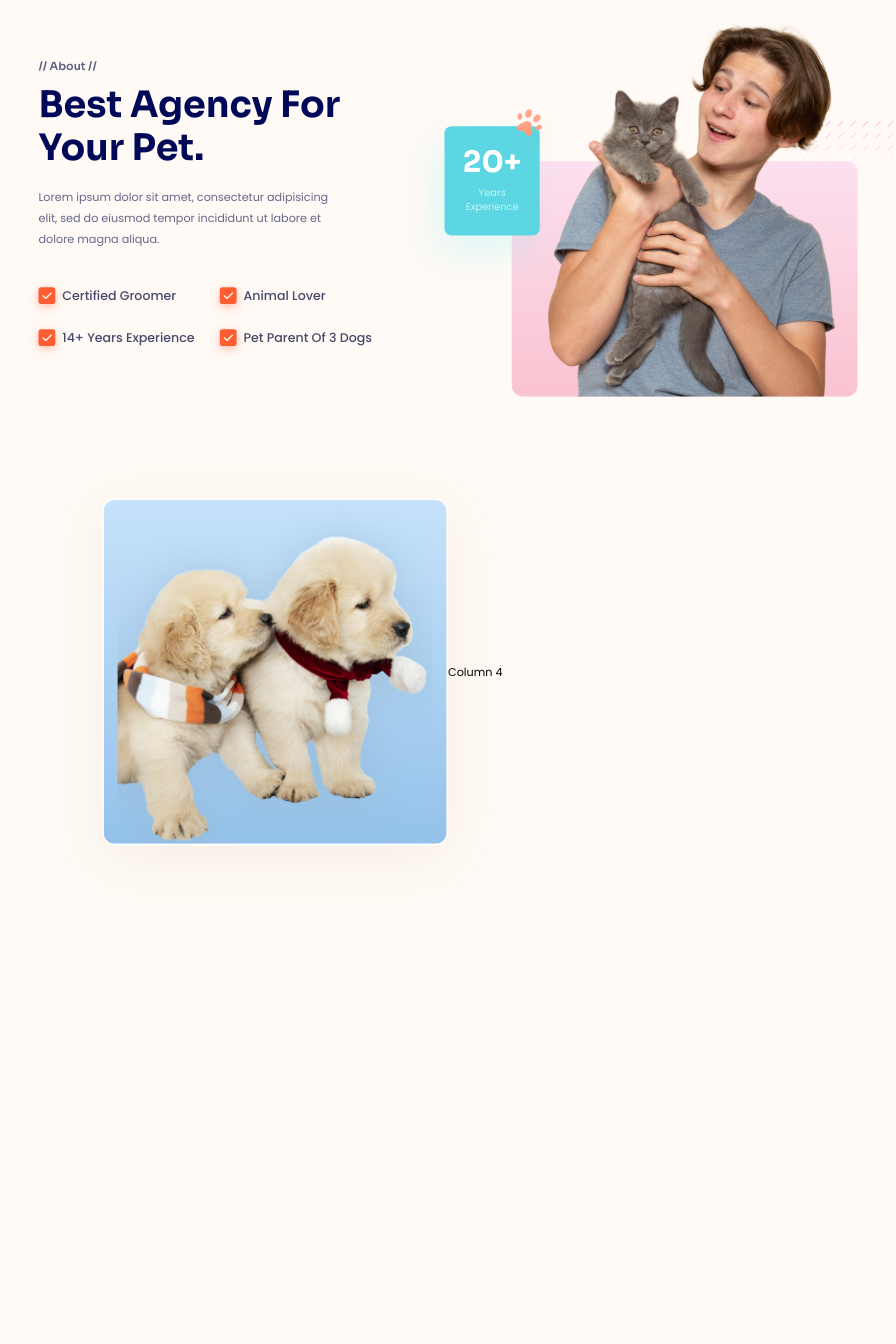
Repository: empty24062002/f8-project-05
Page: index.html
The author's editor kept a copy of each file at every save. The page is drawn from the files as they stood at one save, then again after the next save.
The browser window is 1280 px wide. The pictures show the part of the page from y = 888 to 2808 px (the page is 10896 px tall), at 70% of full size.

Above is the page before, as saved 2023-09-11 11:01:23.

### index.html
<!DOCTYPE html>
<html lang="en">
    <head>
        <meta charset="UTF-8" />
        <meta name="viewport" content="width=device-width, initial-scale=1.0" />
        <title>Lucy</title>
        <!-- favicon -->
        <link
            rel="apple-touch-icon"
            sizes="57x57"
            href="./assets/favicon/apple-icon-57x57.png"
        />
        <link
            rel="apple-touch-icon"
            sizes="60x60"
            href="./assets/favicon/apple-icon-60x60.png"
        />
        <link
            rel="apple-touch-icon"
            sizes="72x72"
            href="./assets/favicon/apple-icon-72x72.png"
        />
        <link
            rel="apple-touch-icon"
            sizes="76x76"
            href="./assets/favicon/apple-icon-76x76.png"
        />
        <link
            rel="apple-touch-icon"
            sizes="114x114"
            href="./assets/favicon/apple-icon-114x114.png"
        />
        <link
            rel="apple-touch-icon"
            sizes="120x120"
            href="./assets/favicon/apple-icon-120x120.png"
        />
        <link
            rel="apple-touch-icon"
            sizes="144x144"
            href="./assets/favicon/apple-icon-144x144.png"
        />
        <link
            rel="apple-touch-icon"
            sizes="152x152"
            href="./assets/favicon/apple-icon-152x152.png"
        />
        <link
            rel="apple-touch-icon"
            sizes="180x180"
            href="./assets/favicon/apple-icon-180x180.png"
        />
        <link
            rel="icon"
            type="image/png"
            sizes="192x192"
            href="./assets/favicon/android-icon-192x192.png"
        />
        <link
            rel="icon"
            type="image/png"
            sizes="32x32"
            href="./assets/favicon/favicon-32x32.png"
        />
        <link
            rel="icon"
            type="image/png"
            sizes="96x96"
            href="./assets/favicon/favicon-96x96.png"
        />
        <link
            rel="icon"
            type="image/png"
            sizes="16x16"
            href="./assets/favicon/favicon-16x16.png"
        />
        <link rel="manifest" href="./assets/favicon/manifest.json" />
        <meta name="msapplication-TileColor" content="#ffffff" />
        <meta
            name="msapplication-TileImage"
            content="./assets/favicon/ms-icon-144x144.png"
        />
        <meta name="theme-color" content="#ffffff" />
        <!-- reset CSS -->
        <link rel="stylesheet" href="./assets/css/reset.css" />
        <!-- embed font -->
        <link rel="preconnect" href="https://fonts.googleapis.com" />
        <link rel="preconnect" href="https://fonts.gstatic.com" crossorigin />
        <link
            href="https://fonts.googleapis.com/css2?family=Poppins:wght@300;400;500;600&family=Sora:wght@600;700;800&display=swap"
            rel="stylesheet"
        />
        <!-- style css -->
        <link rel="stylesheet" href="./assets/css/styles.css" />
    </head>
    <body>
        <!-- header -->
        <header class="header">
            <div class="container">
                <div class="header__inner">
                    <!-- logo -->
                    <a href="#!">
                        <img
                            src="./assets/img/logo.svg"
                            alt="Lucy"
                            class="header__logo"
                        />
                    </a>
                    <!-- navbar -->
                    <nav class="navbar">
                        <ul class="navbar__list">
                            <li class="navbar__item">
                                <a href="#!" class="navbar__link"> Home </a>
                            </li>
                            <li class="navbar__item">
                                <a href="#!" class="navbar__link"> About </a>
                            </li>
                            <li class="navbar__item">
                                <a href="#!" class="navbar__link"
                                    >Services & Rates
                                </a>
                            </li>
                            <li class="navbar__item">
                                <a href="#!" class="navbar__link"> Reviews </a>
                            </li>
                            <li class="navbar__item">
                                <a href="#!" class="navbar__link">
                                    Contacts us
                                </a>
                            </li>
                        </ul>
                    </nav>
                    <!-- header action -->
                    <div class="header-action">
                        <a href="#!" class="header-action__link">Sign in</a>
                        <a href="#!" class="btn header-action__btn">Sign up</a>
                    </div>
                </div>
            </div>
        </header>
        <!-- hero -->
        <section class="hero">
            <div class="container">
                <div class="hero__inner">
                    <!-- hero media -->
                    <div class="hero__media">
                        <div class="hero__img-wrap">
                            <img
                                src="./assets/img/hero__img1.png"
                                alt=""
                                class="hero__img"
                            />

                            <!-- Decorators -->
                            <img
                                src="./assets/img/decor__01.svg"
                                alt=""
                                class="hero__decor hero__decor-left"
                            />
                            <img
                                src="./assets/img/decor__02.svg"
                                alt=""
                                class="hero__decor hero__decor-right"
                            />
                        </div>
                        <div class="hero__img-wrap hero__img-wrap-small">
                            <img
                                src="./assets/img/hero__img2.png"
                                alt=""
                                class="hero__img"
                            />
                        </div>

                        <div class="hero__list">
                            <!-- hero list item 1 -->
                            <section class="hero-list-item">
                                <img
                                    src="./assets/img/hero__img3.png"
                                    alt=""
                                    class="hero-list-item__thump"
                                />
                                <div class="hero-list-item__info">
                                    <p class="hero-list-item__title">
                                        Pet Health
                                    </p>
                                    <div class="hero-list-item__skeleton"></div>
                                    <div
                                        class="hero-list-item__skeleton"
                                        style="--width: 39px"
                                    ></div>
                                </div>
                            </section>

                            <div class="hero-list-item__separate"></div>
                            <!-- hero list item 2 -->
                            <section class="hero-list-item">
                                <img
                                    src="./assets/img/hero__img4.png"
                                    alt=""
                                    class="hero-list-item__thump"
                                />
                                <div class="hero-list-item__info">
                                    <p class="hero-list-item__title">
                                        Pet care
                                    </p>
                                    <div class="hero-list-item__skeleton"></div>
                                    <div
                                        class="hero-list-item__skeleton"
                                        style="--width: 39px"
                                    ></div>
                                </div>
                            </section>
                        </div>
                    </div>
                    <!-- hero content -->
                    <section class="hero__content">
                        <h1 class="hero__heading">
                            Established & Trusted Pet Care Service
                        </h1>
                        <p class="hero__desc">
                            Discover a wide variety of Pawsitive services to
                            choose from, including daycare, private walks,
                            office duty and spa.
                        </p>
                        <div class="hero__row">
                            <a href="#!" class="btn btn--primary hero__cta-btn">
                                Book a Meet
                                <span class="btn__icon">
                                    <svg
                                        width="5"
                                        height="6"
                                        viewBox="0 0 5 6"
                                        fill="none"
                                        xmlns="http://www.w3.org/2000/svg"
                                    >
                                        <path
                                            d="M1.48584 0.5L3.98584 3L1.48584 5.5"
                                            stroke="#FD5056"
                                            stroke-linecap="round"
                                            stroke-linejoin="round"
                                        />
                                    </svg>
                                </span>
                            </a>
                            <a href="#!" class="hero__cta-link">
                                Schedule a Call
                            </a>
                        </div>
                    </section>
                </div>
            </div>
        </section>
        <main style="height: 10000px">
            <!-- about -->
            <section class="about">
                <div class="container">
                    <div class="about__inner">
                        <section class="about__content">
                            <p class="about__lable">// About //</p>
                            <h2 class="about__heading section-heading">
                                Best Agency For Your Pet.
                            </h2>
                            <p class="about__desc section-desc">
                                Lorem ipsum dolor sit amet, consectetur
                                adipisicing elit, sed do eiusmod tempor
                                incididunt ut labore et dolore magna aliqua.
                            </p>
                            <div class="about__checklist">
                                <span class="about__check-item">
                                    Certified Groomer
                                </span>
                                <span class="about__check-item">
                                    Animal Lover
                                </span>
                                <span class="about__check-item">
                                    14+ Years Experience
                                </span>
                                <span class="about__check-item">
                                    Pet Parent Of 3 Dogs
                                </span>
                            </div>
                        </section>
                        <div class="about__media">
                            <!-- About card -->
                            <div class="about__card">
                                <b class="about__card-title">20+</b>
                                <p class="about__card-desc">Years Experience</p>
                                <img
                                    src="./assets/img/about-decor1.svg"
                                    alt=""
                                    class="about__card-decor"
                                />
                            </div>
                            <!-- About img wrapper -->
                            <figure class="about__img-wrap">
                                <img
                                    src="./assets/img/about-img1.png"
                                    alt=""
                                    class="about__img"
                                />
                            </figure>
                            <img
                                src="./assets/img/about-decor2.svg"
                                alt=""
                                class="about__media-decor"
                            />
                        </div>
                        <div class="about__media">
                            <figure
                                class="about__img-wrap about__img-wrap-bottom"
                            >
                                <img
                                    src="./assets/img/about-img2.png"
                                    alt=""
                                    class="about__img"
                                />
                            </figure>
                        </div>
                        <section class="about__content">Column 4</section>
                    </div>
                </div>
            </section>
        </main>
    </body>
</html>

### assets/css/styles.css
* {
    box-sizing: border-box;
}

:root {
    --primary-color: #ff5b2e;
}

html {
    font-size: 62.5%;
}

body {
    font-size: 1.6rem;
    font-family: "Poppins", sans-serif;
    background: #fffaf5;
}

/* common */

h1,
h2,
h3,
h4,
h5,
h6 {
    font-family: "Sora", sans-serif;
}

input,
textarea,
select,
button {
    font-size: inherit;
    font-family: inherit;
}

a {
    text-decoration: none;
}

.container {
    width: 1170px;
    max-width: calc(100% - 48px);
    margin: 0 auto;
}

.btn {
    --height: 56px;

    display: inline-flex;
    align-items: center;
    justify-content: center;
    min-width: 130px;
    height: var(--height);
    line-height: var(--height);
    border: 1px solid rgb(0, 9, 88, 0.7);
    border-radius: 99px;
    color: #000958;
    text-align: center;
    font-size: 1.4rem;
    font-weight: 600;
}

.btn:hover {
    opacity: 0.8;
    cursor: pointer;
}

.btn--primary {
    background: var(--primary-color);
    color: #fff;
    border-color: var(--primary-color);
}

.btn__icon {
    display: flex;
    justify-content: center;
    align-items: center;
    margin-left: 10px;
    width: 20px;
    height: 20px;
    border-radius: 50%;
    background-color: #fff;
    box-shadow: 4px 3px 10px -1px rgba(191, 41, 0, 0.4);
}

.section-heading {
    color: #000958;
    font-family: "Sora", sans-serif;
    font-size: 5.2rem;
    font-weight: 700;
    line-height: 1.19;
}

.section-desc {
    margin-top: 24px;
    color: #656689;
    font-size: 1.6rem;
    font-weight: 400;
    line-height: 1.87; /* 187.5% */
}

/* header */
.header {
    padding: 26px 0;
}

.header__inner {
    display: flex;
    justify-content: space-between;
    align-items: center;
}

.navbar__list {
    display: flex;
}

.navbar__link,
.header-action__link {
    padding: 8px 18px;
    color: #5e6085;
    font-size: 1.4rem;
    font-weight: 500;
    line-height: 1; /* 100% */
}

.navbar__link:hover {
    color: #000958;
    text-shadow: 1px 0 0 currentColor;
}

.header-action__btn {
    --height: 50px;

    min-width: 117px;
}

/* hero */
.hero {
    margin-top: 74px;
}

.hero__inner {
    display: flex;
    justify-content: space-between;
    align-items: center;
    column-gap: 120px;
}

.hero__media {
    display: flex;
    position: relative;
    padding-bottom: 94px;
}

.hero__img-wrap {
    position: relative;
    display: flex;
    justify-content: center;
    align-items: flex-end;
    width: 388px;
    height: 488px;
    border: 3px solid #fff;
    border-radius: 16px;
    background: #fe997b;
}

.hero__img {
    max-width: 100%;
    max-height: 100%;
    border-radius: inherit;
}

.hero__decor {
    position: absolute;
    z-index: -1;
}

.hero__decor-left {
    left: -58px;
    bottom: 10px;
}

.hero__decor-right {
    top: 16px;
    right: -43px;
}

.hero__img-wrap-small {
    align-self: flex-end;
    width: 186px;
    height: 244px;
    margin: 0 0 -58px -24px;
    border: 2px solod #f7dddf;
    background: #faa7ad;
}

.hero__list {
    position: absolute;
    left: 129px;
    bottom: 0;
    width: 250px;
    height: 156px;
    padding: 18px 14px;
    border-radius: 10px;
    background: #fff;
    box-shadow: -17px 14px 68px -4px rgba(207, 174, 132, 0.25);
}

.hero-list-item {
    display: flex;
    align-items: center;
}

.hero-list-item:nth-of-type(2) .hero-list-item__thump {
    background-color: #c6e2fa;
}

.hero-list-item__thump {
    width: 40px;
    height: 40px;
    border-radius: 10px;
    object-fit: cover;
    background: #fec23f;
}

.hero-list-item__info {
    margin-left: 10px;
}

.hero-list-item__title {
    color: #181e52;
    font-family: "Sora", sans-serif;
    font-size: 1.4rem;
    font-weight: 600;
    line-height: 1;
}

.hero-list-item__separate {
    margin: 20px 0;
    width: 100%;
    height: 2px;
    background: #f2f2f2;
}

.hero-list-item__skeleton {
    margin-top: 6px;
    width: var(--width, 118px);
    height: 4px;
    border-radius: 10px;
    opacity: 0.08;
    background: #000958;
}

.hero__heading {
    color: #000958;
    font-size: 6.6rem;
    font-weight: 800;
    line-height: 1.15; /* 115.152% */
}

.hero__desc {
    width: 391px;
    margin-top: 24px;
    color: #656689;
    font-size: 1.6rem;
    font-weight: 400;
    line-height: 1.88;
}

.hero__row {
    display: flex;
    align-items: center;
    margin-top: 38px;
}

.hero__cta-btn {
    --height: 60px;

    min-width: 190px;
    font-size: 1.6rem;
    box-shadow: 0px 13px 26px -8px rgba(255, 91, 46, 0.42);
}

.hero__cta-link {
    margin-left: 24px;
    color: #000958;
    font-size: 1.6rem;
    font-weight: 500;
    line-height: 1;
    text-decoration: underline;
}
/* about */
.about {
    margin-top: 138px;
    padding: 8px 0;
}

.about__inner {
    display: grid;
    grid-template-columns: 1fr 1fr;
    row-gap: 146px;
    align-items: center;
}

.about__lable {
    color: #5e6085;
    font-family: "Sora", sans-serif;
    font-size: 1.6rem;
    font-weight: 600;
    line-height: 1;
}

.about__heading {
    margin-top: 15px;
}

.about__heading,
.about__desc {
    width: 444px;
}

.about__checklist {
    display: grid;
    grid-template-columns: auto auto;
    justify-content: flex-start;
    gap: 36px;
    margin-top: 54px;
}

.about__check-item {
    position: relative;
    display: flex;
    align-items: center;
    column-gap: 10px;
    color: #48496a;
    font-size: 1.8rem;
    font-weight: 500;
    line-height: 1;
}

.about__check-item::before {
    content: "";
    display: inline-block;
    width: 24px;
    height: 24px;
    background: #ff5d31;
    box-shadow: 0px 4px 15px -3px #ff5d31b0;
    border-radius: 4px;
}

.about__check-item::after {
    content: url(../icons/check-item.svg);
    position: absolute;
    top: 2px;
    left: 5px;
}

.about__media {
    position: relative;
}

.about__card {
    position: absolute;
    width: 136px;
    top: 165px;
    left: -5px;
    padding: 30px 26px;
    text-align: center;
    border-radius: 10px;
    background: #5bd6e2;
    box-shadow: -15px 26px 48px 0px rgba(85, 240, 255, 0.17);
}

.about__card-title {
    color: #fff;
    font-family: "Sora", sans-serif;
    font-size: 4.2rem;
    font-weight: 700;
    line-height: 1;
}

.about__card-desc {
    margin-top: 14px;
    color: #c6f4f9;
    font-size: 1.4rem;
    font-weight: 400;
    line-height: 1.42;
}

.about__card-decor {
    position: absolute;
    top: -40px;
    right: -32px;
}

.about__img-wrap {
    position: relative;
    width: 494px;
    margin-left: auto;
}

.about__img-wrap::after {
    position: absolute;
    content: "";
    height: 336px;
    inset: auto 0 0 0;
    border-radius: 16px;
    background: linear-gradient(180deg, #fce0ef 0%, #fac3d1 100%);
    z-index: -1;
}

.about__img {
    display: block;
    margin: 0 auto;
    width: 450px;
}

.about__media-decor {
    position: absolute;
    top: 157px;
    right: -52px;
    z-index: -1;
}

.about__img-wrap-bottom {
    border-radius: 18px;
    border: 2px solid #fff;
    background: linear-gradient(180deg, #c6e2fa 0%, #94c2ea 100%);
    box-shadow: 0px 17px 77px -8px rgba(190, 165, 139, 0.17);
}

.about__img-wrap-bottom::after {
    content: none;
}

Loaded but not shown: assets/css/reset.css (common file)

After the next save:
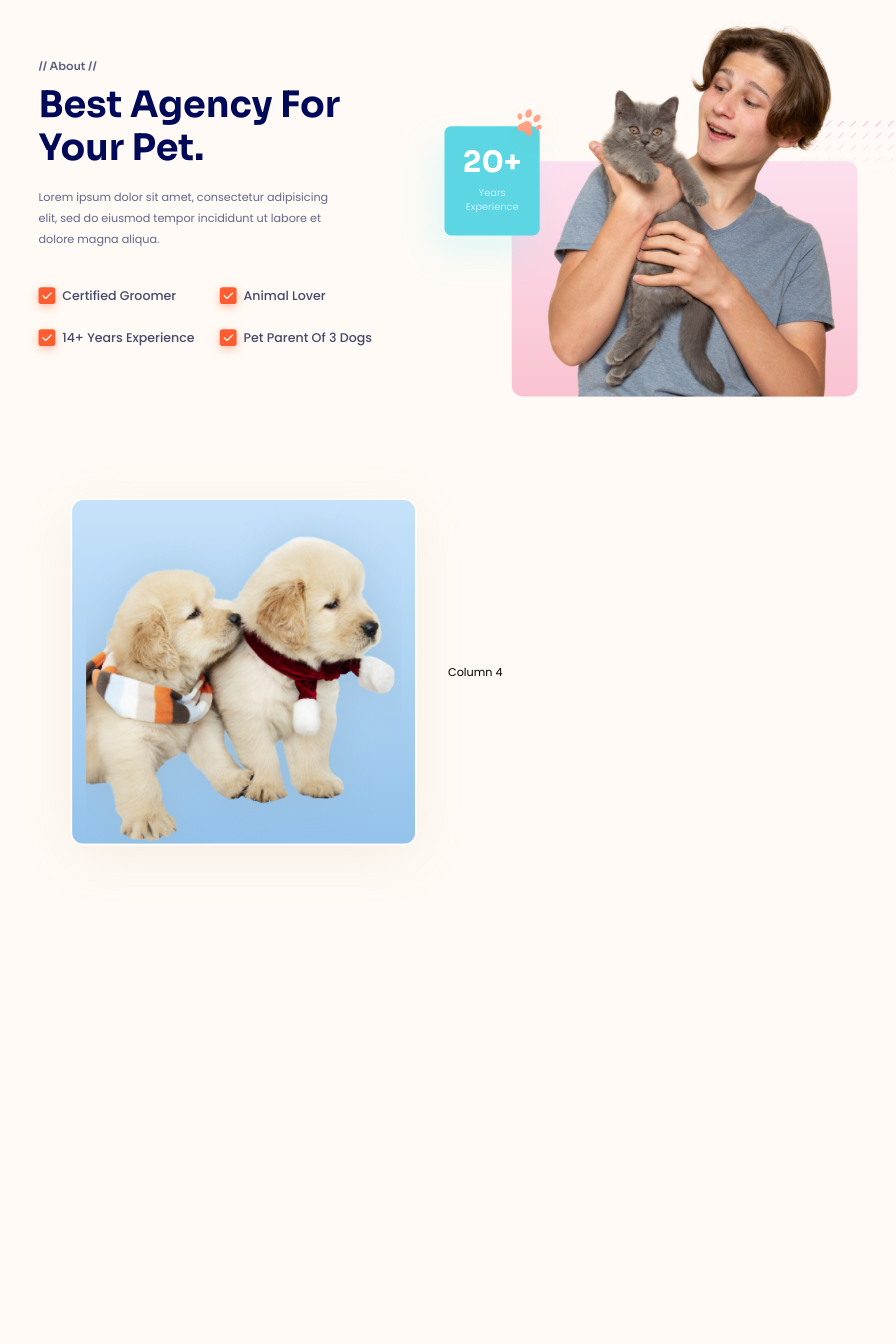
Saved 26 s later.
--- a/assets/css/styles.css
+++ b/assets/css/styles.css
@@ -425,6 +425,7 @@ a {
 }
 
 .about__img-wrap-bottom {
+    margin-right: auto;
     border-radius: 18px;
     border: 2px solid #fff;
     background: linear-gradient(180deg, #c6e2fa 0%, #94c2ea 100%);
